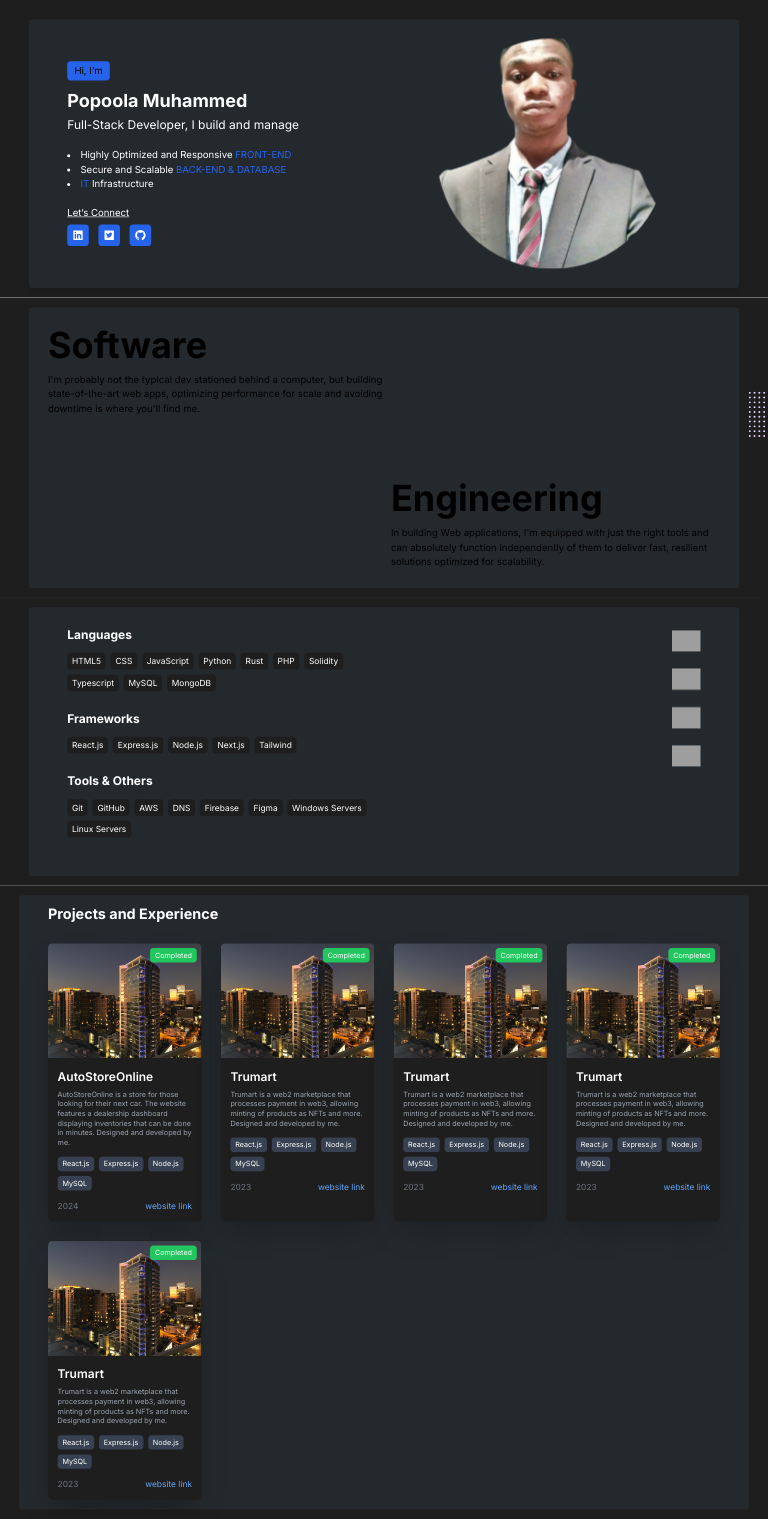
Repository: muhammedctgr/hammedctgr
Page: /
An editor plug-in stored every save of this project. The page is shown before and after a run of saves, followed by the edit.
The browser window is 1280 px wide. The pictures show the whole page, at 60% of full size.
Pictures or frames that could not be fetched are drawn as grey boxes. The project was rebuilt for these pictures with package versions that can differ from the ones it lists, and the page was loaded fresh each time. The framework's server and built-in components were replaced by stand-ins that run in the browser. Also part of the build but not shown: next.config.mjs.

Above is the page before, as saved 2024-08-06 15:56:38.

After the next 2 saves:
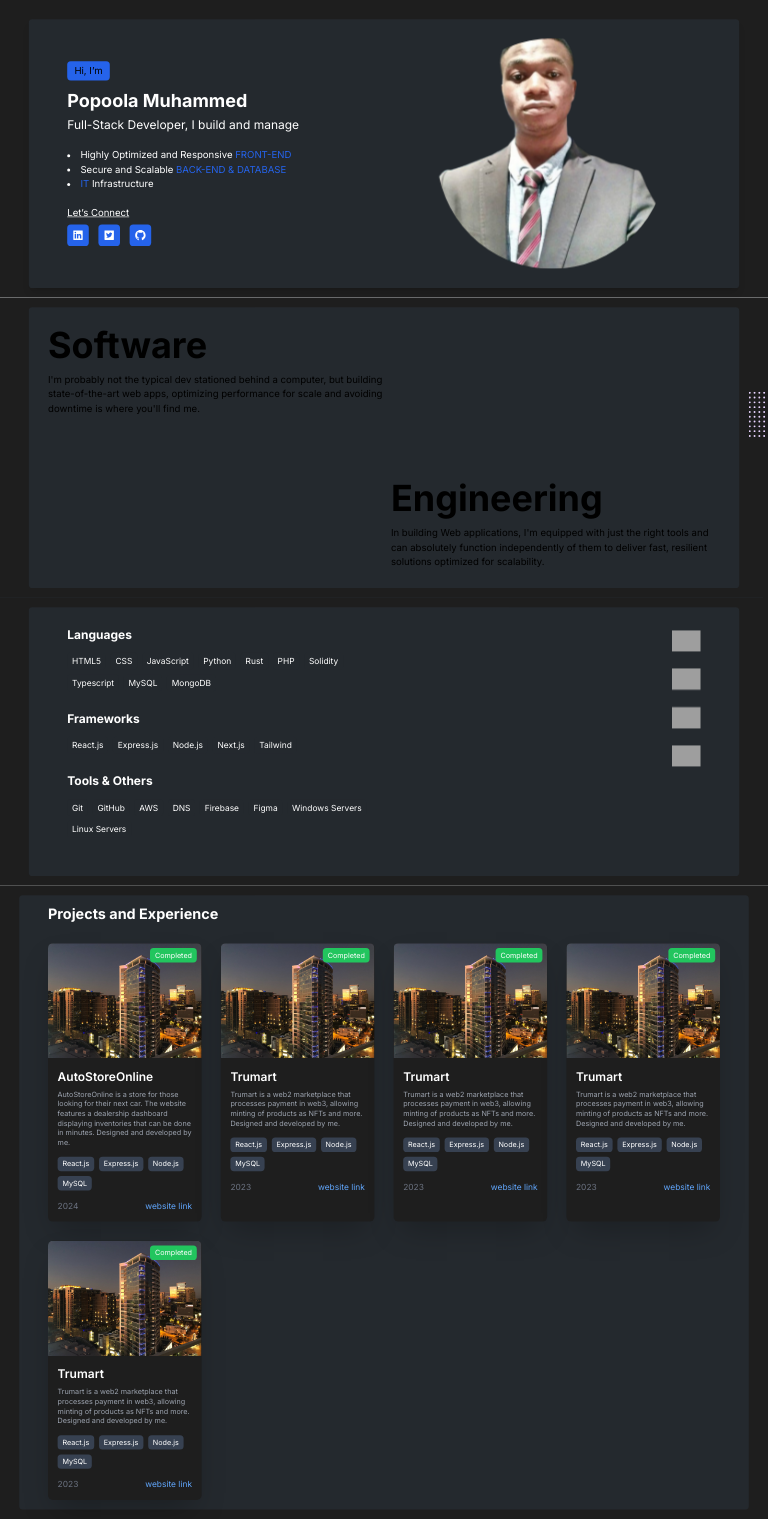
The 2 saves are shown as one change because they came seconds apart.
The last was saved 4 min 5 s later.
--- a/components/SkillsSection.tsx
+++ b/components/SkillsSection.tsx
@@ -67,7 +67,7 @@ const SkillsSection: FC = () => {
             {category.skills.map((skill) => (
               <span
                 key={skill.name}
-                className={`px-2 py-1 rounded-md text-sm bg-gptGray`}
+                className={`px-2 py-1 rounded-md text-sm bg-githubGray`}
               >
                 {skill.name}
               </span>

After the 3 saves that followed:
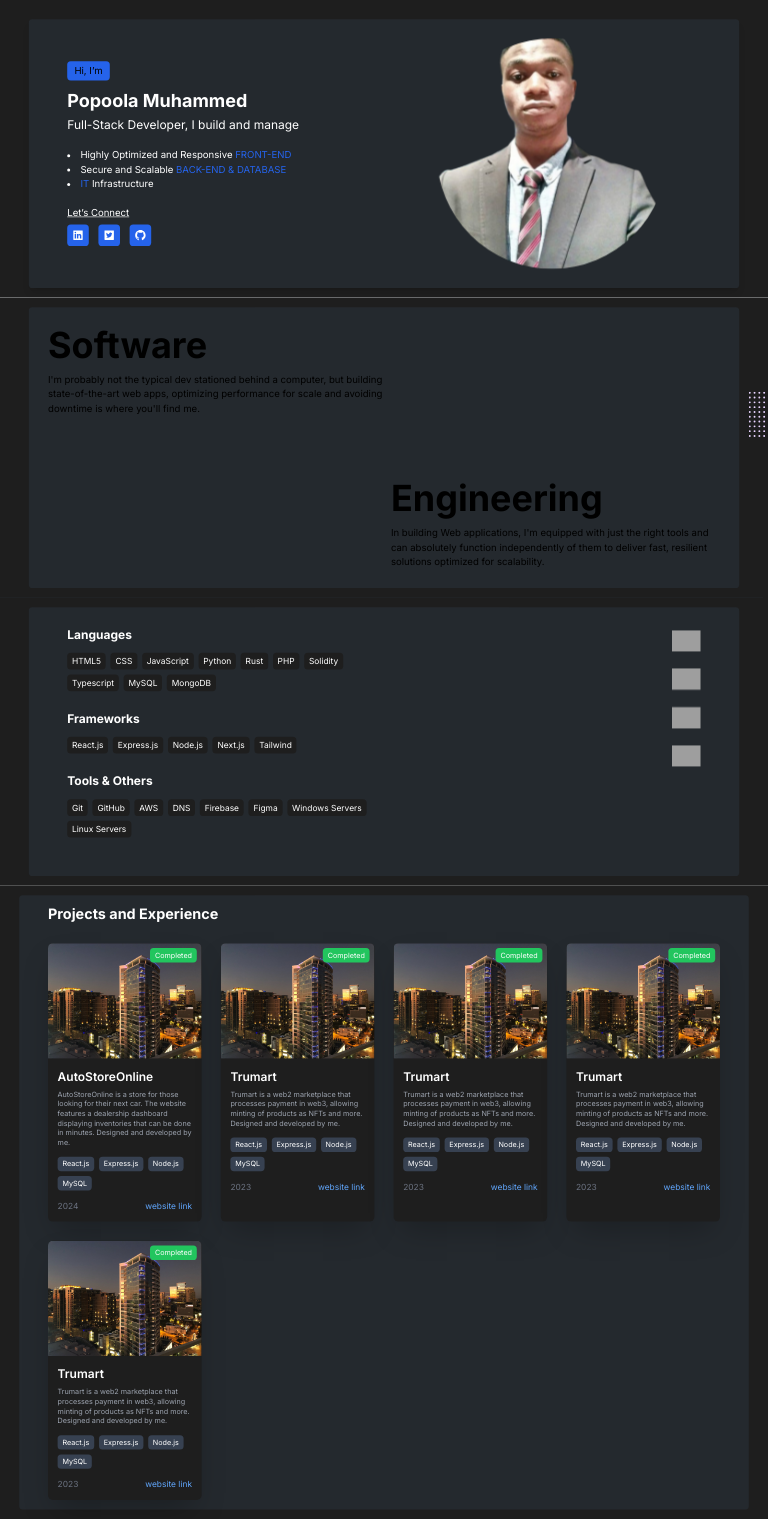
The 3 saves are shown as one change because they came seconds apart.
The last was saved 10 s later.
--- a/components/SkillsSection.tsx
+++ b/components/SkillsSection.tsx
@@ -67,7 +67,7 @@ const SkillsSection: FC = () => {
             {category.skills.map((skill) => (
               <span
                 key={skill.name}
-                className={`px-2 py-1 rounded-md text-sm bg-githubGray`}
+                className={`px-2 py-1 rounded-md text-sm bg-gptGray sha`}
               >
                 {skill.name}
               </span>
